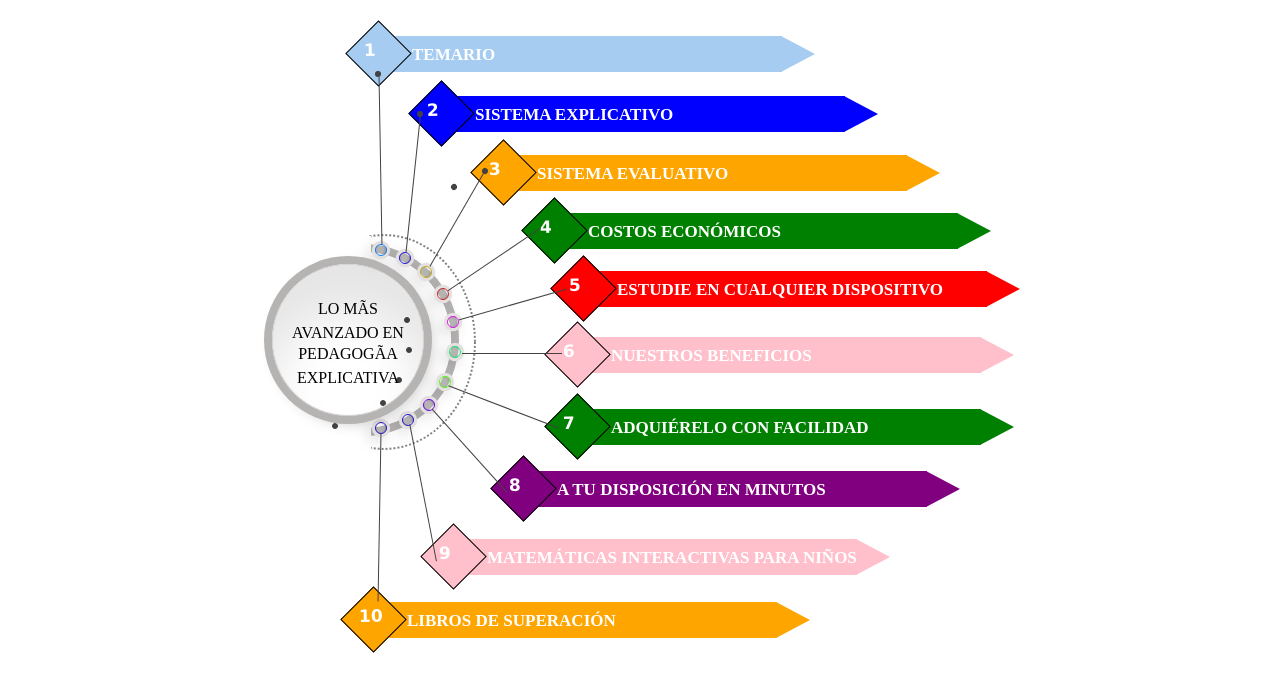
Repository: jennymoreno94/Menu
Page: index.html
An editor plug-in stored every save of this project. The page is shown before and after the next save, followed by the edit.
The browser window is 1280 px wide. The pictures show the whole page.

Above is the page before, as saved 2021-08-01 23:53:05.

### index.html
<!DOCTYPE html>
<html lang=”en”>

<head>
  <link rel="stylesheet" href="estilo.css">
  <meta charset=”UTF-8″ />
  <title>Menu</title>
</head>
<body>
  <container>
    <div class="circulo-completo">
      <div class="circle-menu">
        <p>LO MÁS AVANZADO EN PEDAGOGÍA EXPLICATIVA</p>
      </div>
      <div id="circulo" class="circle-menus derecha"></div>
    </div>
    <div class="circle-punto derecha"> </div>
  </container>
</body>
<script type="text/javascript" src="menu.js"></script>

</html>

### estilo.css


.circulo-completo {
    margin: 250px;
}

.circle-menu {
    position: relative;
    width: 150px;
    height: 150px;
    border: 1px solid rgb(211, 208, 208);
    border-radius: 50%;
    box-shadow: inset 0 3em 3em rgba(0, 0, 0, 0.1), 0 0 0 0.5rem rgb(182, 179, 179), 0.3em 0.3em 1em rgba(0, 0, 0, 0.3);
    float: left;
    z-index: 7;
    margin: 14px;
}

p {
    padding: 1rem;
    text-align: center;
}

.circle-menus {
    position: relative;
    background-color: gray;
    width: 180px;
    height: 180px;
    border-radius: 50% 50%;
    margin-left: -165px;
    float: left;
    z-index: 6;
}

.circle-menus::before {
    position: absolute;
    content: "";
    top: 1%;
    left: 1%;
    background-color: #fff;
    height: 98%;
    width: 98%;
    border-radius: 50% 50%;
    box-shadow: inset 0 3em 3em rgb(255, 255, 255), 0 0 0 0.5rem rgb(182, 179, 179), 0.3em 0.3em 1em rgb(255, 255, 255);
}

.circle-menus::after {
    position: absolute;
    content: "";
    height: 50%;
    background-color: rgb(255, 255, 255);
    border: 1px solid #fff;
    top: 50%;
    left: 0;
    width: 100%;
    box-shadow: inset 0 3em 3em rgb(255, 255, 255), 0 0 0 0.5rem rgb(255, 255, 255), 0.3em 0.3em 1em rgb(255, 255, 255);
}

.circle-menus.derecha {
    transform: rotate(90deg);
}

.circulo-pequeno {
    position: relative;
    width: 10px;
    height: 10px;
    border-radius: 50%;
    box-shadow: inset 0 0.1rem 0.1rem rgba(0, 0, 0, 0.1), 0 0 0 0.2rem rgb(229, 224, 224), 0.3em 0.3em 1em rgba(0, 0, 0, 0.3);
    float: left;
    z-index: 5;
}

.num1 {
    border: 1px solid rgb(10 124 241);
    margin: 66px 0px 48px -6px;
}

.num::after {
    height: 1px;
    background-color: red;
}

.num2 {
    border: 1px solid rgb(32 20 212);
    margin: 42px 0px 0px -4px;
}

.num3 {
    border: 1px solid rgb(190 169 26);
    margin: 21px 0px 0px 2px;
}

.num4 {
    border: 1px solid rgb(200 41 41);
    margin: 4px 0px 0px 10px;
}

.num5 {
    border: 1px solid rgb(222 19 235);
    margin: -6px 0px 0px 16px;
}

.num6 {
    border: 1px solid rgb(18 235 115);
    margin: -8px 0px 0px 18px;
}

.num7 {
    border: 1px solid rgb(89 249 20);
    margin: 2px 0px 0px 18px;
}

.num8 {
    border: 1px solid rgb(100 3 225);
    margin: 18px 0px 0px 11px;
}

.num9 {
    border: 1px solid rgb(32 20 212);
    margin: 39px -1px 0px 3px;
}

.num10 {
    border: 1px solid rgb(32 20 212);
    margin: 66px -14px 0px -3px;
}

.circle-punto {
    position: relative;
    width: 212px;
    height: 180px;
    border-radius: 50% 50%;
    margin-left: -177px;
    border: 2px dotted gray;
    float: left;
    z-index: 4;
}

.circle-punto::before {
    position: absolute;
    content: "";
    top: 1%;
    left: 1%;
    background-color: #fff;
    height: 98%;
    width: 98%;
    border-radius: 50% 50%;
}

.circle-punto::after {
    position: absolute;
    content: "";
    height: 50%;
    background-color: rgb(255, 255, 255);
    border: 1px dotted #fff;
    top: 57%;
    left: 0;
    width: 100%;
}

.circle-punto.derecha {
    transform: rotate(90deg);
}

.boton-agrupado {
    position: relative;
    float: left;
    z-index: 3;
}

.button-href {
    position: relative;
    width: 400px;
    height: 36px;
    background: white;
    display: inline-block;
    color: black;
    text-decoration: none;
    z-index: -1;

}

.flecha {
    position: absolute;
    content: "";
    border-left: 34px solid white;
    border-top: 18px solid transparent;
    border-bottom: 18px solid transparent;
    margin-left: -1px;
}

.texto {
    margin-left: 30px;
    margin-top: 9px;
    font-size: 17px;
    color: white;

}

.btn1 {
    transform: translateY(-268px) translateX(-391px) rotate(630deg);
}

.btn2 {
    transform: translateY(-307px) translateX(-339px) rotate(630deg);
}

.btn3 {
    transform: translateY(-348px) translateX(-294px) rotate(630deg);
}

.btn4 {
    transform: translateY(-382px) translateX(-258px) rotate(630deg);
}

.btn5 {
    transform: translateY(-401px) translateX(-228px) rotate(630deg);
}

.btn6 {
    transform: translateY(-393px) translateX(-192px) rotate(630deg);
}

.btn7 {
    transform: translateY(-403px) translateX(-150px) rotate(630deg);
}

.btn8 {
    transform: translateY(-365px) translateX(-111px) rotate(630deg);
}

.btn9 {
    transform: translateY(-316px) translateX(-58px) rotate(630deg);
}

.btn10 {
    transform: translateY(-263px) translateX(-3px) rotate(630deg);
}


.linea {
    position: relative;
    width: 112px;
    height: 47px;
    border-bottom: 1px solid rgb(68, 66, 66);
    float: left;
    z-index: 4;
    transform: translateY(4px) translateX(-168px) rotate(181deg);
}

.punto {
    position: relative;
    width: 4px;
    height: 4px;
    border-radius: 50%;
    float: left;
    background: rgb(68, 66, 66);;
    border: 1px solid rgb(68, 66, 66);;
    z-index: 4;
}



.linea1 {
    transform: translateY(5px) translateX(-168px) rotate(179deg);
    width: 168px;
}

.punto1{
    transform: translateY(-43px) translateX(-174px) rotate(181deg);
}


.linea2 {
    transform: translateY(-4px) translateX(-143px) rotate(186deg);
    width: 140px;
}

.punto2 {
    transform: translateY(-61px) translateX(-142px) rotate(186deg);
}

.linea3 {
    transform: translateY(-30px) translateX(-115px) rotate(210deg);
    width: 110px;
}

.punto3 {
    transform: translateY(-105px) translateX(-99px) rotate(210deg);
}

.linea4 {
    transform: translateY(-57px) translateX(-105px) rotate(236deg);
}

.punto4 {
    transform: translateY(-57px) translateX(-105px) rotate(236deg);
}

.linea5 {
    transform: translateY(-72px) translateX(-91px) rotate(254deg);
}

.linea6 {
    transform: translateY(-76px) translateX(-67px) rotate(270deg);
    width: 100px;
}

.linea7 {
    transform: translateY(-86px) translateX(-51px) rotate(291deg);
    width: 118px;
}

.linea8 {
    transform: translateY(-77px) translateX(-21px) rotate(318deg);
}

.linea9 {
    transform: translateY(-11px) translateX(12px) rotate(169deg);
    width: 140px;
}

.linea10 {
    transform: translateY(-41px) translateX(11px) rotate(361deg);
    width: 168px;
}

.text {
    border-radius: 4px;
    font-family: Verdana;
    color: white;
    position: relative;
    overflow: hidden;
    padding: 4px;
    top: 37%;
    transform: translateY(-111%) rotate( 314deg);
    font-size: 17px;
    text-transform: uppercase;
}

.rombo {
    position: absolute;
    content: "";
    width: 45px;
    height: 45px;
    background: white;
    -webkit-transform: rotate(45deg);
    -moz-transform: rotate(45deg);
    -ms-transform: rotate(45deg);
    -o-transform: rotate(45deg);
    transform: rotate(45deg);
    border: 1px solid;
    margin-left: -27px;
    margin-top: -6px;
    z-index: 1;
}

### menu.js
let circulo = document.getElementById("circulo");

function Menu() {
    for (i = 0; i < 10 ; i++ ) {
        let circuloPequeno = document.createElement("div")
        circuloPequeno.classList.add("circulo-pequeno")
        circuloPequeno.classList.add(`num${i+1}`)

        let linea = document.createElement("div")
        linea.classList.add("linea")
        linea.classList.add(`linea${i+1}`)

        let punto = document.createElement("div")
        punto.classList.add("punto")
        punto.classList.add(`punto${i+1}`)


        let boton = document.createElement("div")
        boton.classList.add("boton-agrupado")
        boton.classList.add(`btn${i+1}`)

        let color=cambiocolor(i+1)

        let spanRombo =document.createElement("span")
        spanRombo.classList.add("rombo")
        spanRombo.style.setProperty(`background`, color);

        let h3Rombo =document.createElement("h3")
        h3Rombo.classList.add("text")

        let link =document.createElement("a")
        link.classList.add("button-href")
        link.style.setProperty(`background`, color);

        let span =document.createElement("span")
        span.classList.add("flecha")
        span.style.setProperty(`border-left`,`34px solid ${color}`);

        let h3 =document.createElement("h3")
        h3.classList.add("texto")
        let textoFinal = texto(i+1)

        circulo.appendChild(circuloPequeno)
        circuloPequeno.appendChild(linea)
        circuloPequeno.appendChild(punto)
        circuloPequeno.appendChild(boton)
        boton.appendChild(spanRombo)
        boton.appendChild(link)
        boton.appendChild(span)
        link.appendChild(h3)
        spanRombo.appendChild(h3Rombo)
        h3.append(textoFinal);
        h3Rombo.append(i+1);
    }
}


function texto(num) {
    let texto = ''
    switch (num) {
        case 1: texto='TEMARIO'
        break;
        case 2: texto='SISTEMA EXPLICATIVO'
        break;
        case 3: texto='SISTEMA EVALUATIVO'
        break;
        case 4: texto='COSTOS ECONÓMICOS'
        break;
        case 5: texto='ESTUDIE EN CUALQUIER DISPOSITIVO'
        break;
        case 6: texto='NUESTROS BENEFICIOS'
        break;
        case 7: texto='ADQUIÉRELO CON FACILIDAD'
        break;
        case 8: texto='A TU DISPOSICIÓN EN MINUTOS'
        break;
        case 9: texto='MATEMÁTICAS INTERACTIVAS PARA NIÑOS'
        break;
        case 10: texto='LIBROS DE SUPERACIÓN'
        break;
    }
    return texto
}

function cambiocolor(num) {
    let color = ''
    switch (num) {
        case 1: color='rgb(166, 205, 241)'
        break;
        case 2: color='blue'
        break;
        case 3: color='orange'
        break;
        case 4: color='green'
        break;
        case 5: color='red'
        break;
        case 6: color='pink'
        break;
        case 7: color='green'
        break;
        case 8: color='purple'
        break;
        case 9: color='pink'
        break;
        case 10: color='orange'
        break;
    }
    return color
}




document.onload = Menu()

After the next save:
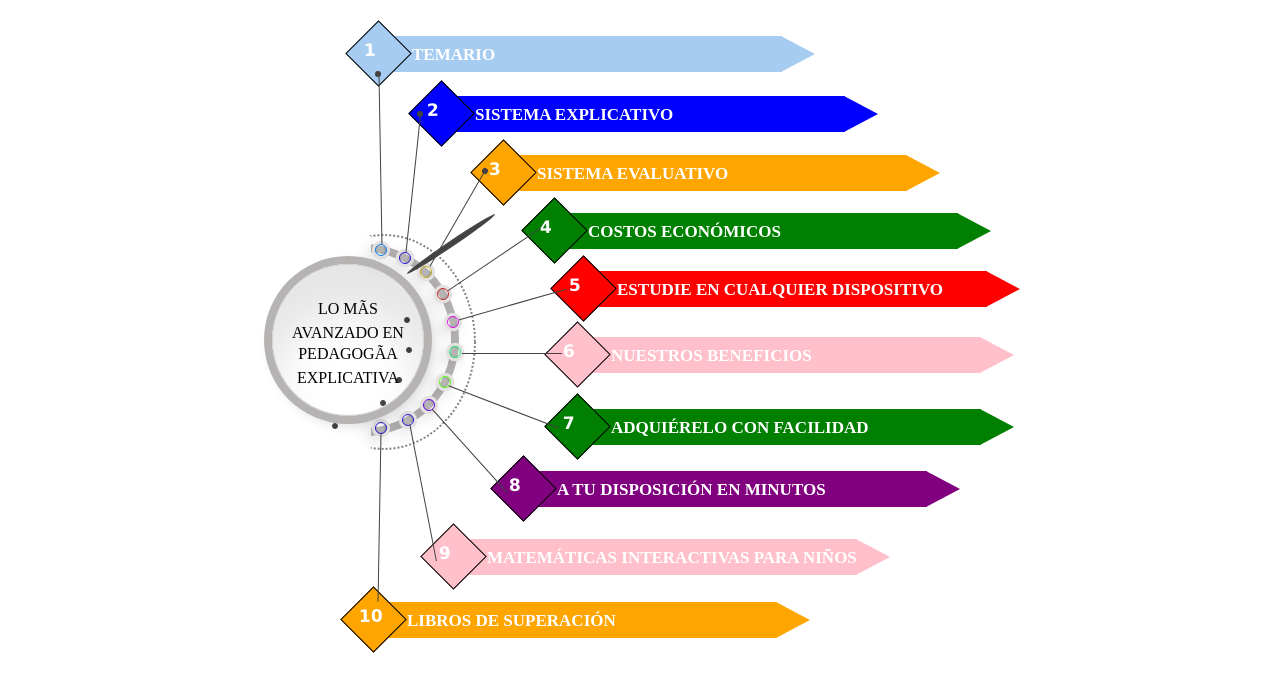
Saved 2 min 58 s later.
--- a/estilo.css
+++ b/estilo.css
@@ -294,7 +294,8 @@ p {
 }
 
 .punto4 {
-    transform: translateY(-57px) translateX(-105px) rotate(236deg);
+    transform: translateY(-54px) translateX(-98px) rotate(236deg);
+    width: 104px;
 }
 
 .linea5 {
